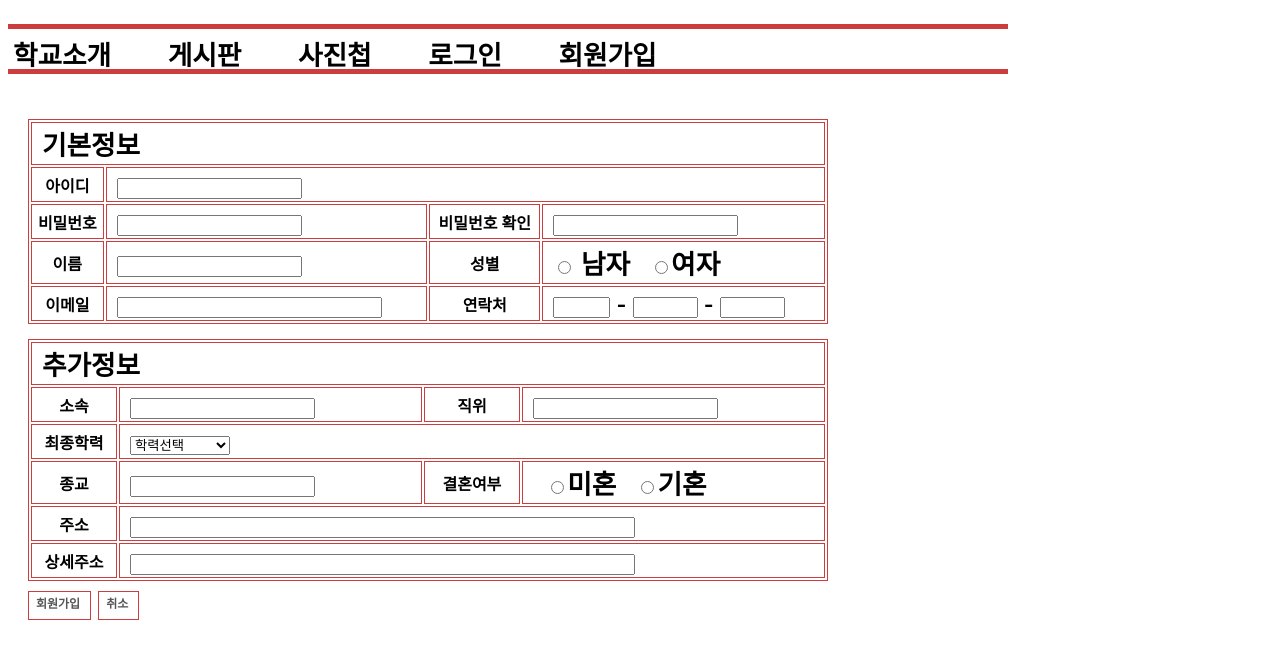
Repository: asaf0813/aisw
Page: java/이클립스/workspace/html/htmltest/WebContent/member/join.html
The author's editor kept a copy of each file at every save. The page is drawn from the files as they stood at one save, then again after the next save.
The browser window is 1280 px wide. The pictures show the part of the page from y = 158 to 808 px (the page is 808 px tall before and 800 px after).

Above is the page before, as saved 2019-10-03 10:52:09.

### java/이클립스/workspace/html/htmltest/WebContent/member/join.html
<!doctype html>
<html lang="en">
	<head>
		<meta charset="UTF-8">
		<meta name="Generator" content="EditPlus®">
		<meta name="Author" content="">
		<meta name="Keywords" content="">
		<meta name="Description" content="">
		<title>join</title>
		<link href="./join.css" rel="stylesheet" type="text/css" >
		<style type="text/css">
		a { text-decoration:none }
		</style>


		<script>
			function send(){
				var id_view = document.frm.id_view.value;
				var password = document.frm.password.value;
				var password2 = document.frm.password2.value;
				var email = document.frm.emailAdres.value;
				var tel1 = document.frm.Phone1.value;
				var tel2 = document.frm.Phone2.value;
				var tel3 = document.frm.Phone3.value;
				var tel3 = document.frm.Phone3.value;
				var name = document.frm.name.value;

				if(id_view==""){
					alert("아이디를 입력해주세요");
					document.frm.id_view.focus();
					return;
				} else if(password=="") {
					alert("비밀번호를 입력해주세요");
					document.frm.password.focus();
					return;
				} else if(password2=="") {
					alert("비밀번호를 확인해주세요");
					document.frm.password.focus();
					return;
				} else if(name=="") {
					alert("이름을 입력해주세요.");
					document.frm.password.focus();
					return;
				} else {
					if(confirm("가입하시겠습니까?")) {
						document.frm.submit();
					}
				}

				var regExp = /[a-z0-9]{2,}@[a-z0-9-]{2,}\.[a-z0-9]{2,}/i;

				if(!regExp.test(email)){
					alert("이메일 형식이 일치하지 않습니다.");
					document.frm.emailAdres.focus();
					return;
				}

				var tel1Chk = /^0(2|1[01679])$/;
				var tel2Chk = /^[0-9]{3,}$/;
				var tel3Chk = /^[0-9]{4}$/;

				if (tel1.value != '') {
					if (!tel1Chk.test(tel1)){
						alert("번호형식이 일치하지 않습니다.");
						document.frm.Phone1.focus();
						return;
					}
					if (!tel2Chk.test(tel2)){
						alert("번호형식이 일치하지 않습니다.");
						document.frm.Phone2.focus();
						return;
					}
					if (!tel3Chk.test(tel3)){
						alert("번호형식이 일치하지 않습니다.");
						document.frm.Phone3.focus();
						return;
					}
				}
			}

		</script>
	</head>
	<body>
		<div class="header">
			<a href="../main.html">
			<img width="100%" height="150" src = "http://www.postech.ac.kr/wp-content/themes/postech/images/imgs/signature4.png", alt="" ></a>
		<div>
			<p style="margin-top:20px"></p>
		</div>

		<div class="topnavi_ds">
			<div class="topnavi">
				<a href="../intro/intro.html">학교소개</a> <a href="../board/list.html">게시판</a> <a href="../picture/list.html">사진첩</a> <a href="../member/login.html">로그인</a> <a href="../member/join.html">회원가입</a>
			</div>
		</div>


		<div class="divide"/>

		<div class="body">

			<form name="frm">
				<div class="modify_user">
					<table>
						<tr><td colspan="4" height="30">기본정보</td></tr>
						<tr>
							<th>아이디</th>
							<td colspan="3">
							<input type="text" size="20" maxlength="20" name="id_view" >
							</td>
						</tr>
						<tr>
							<th>비밀번호</th>
							<td><input type="password" path="password" name="password" id="password" title="비밀번호" size="20" maxlength="20" /></td>
							<th>비밀번호 확인</th>
							<td><input name="password2" id="password2" title="비밀번호확인" type="password" size="20" maxlength="20" /></td>
						</tr>
						<tr>
							<th>이름</th>
							<td><input name="userNm" id="userNm" title="사용자이름" type="text" size="20" value="" maxlength="60" /></td>
							<th>성별</th>
							<td>
								<input type="radio" id="gen" name="gen" title="성별" value="남자">
								<style="font-size:12pt; font-weight:normal;">남자</style>
								&nbsp;&nbsp;<input type="radio" id="gen" name="gen" title="성별" value="여자">여자
							</td>
						</tr>
						<tr>
							<th>이메일</th>
							<td><input name="emailAdres" id="emailAdres" title="이메일주소" cssClass="txaIpt" size="30" maxlength="50" /></td>
							<th>연락처</th>
							<td>
								<input name="Phone1" id="Phone1" title="번호1" cssClass="txaIpt" size="4" maxlength="3" /> -
								<input name="Phone2" id="Phone2" title="번호2" cssClass="txaIpt" size="5" maxlength="4" /> -
								<input name="Phone3" id="Phone3" title="번호3" cssClass="txaIpt" size="5" maxlength="4" />
								<input type="hidden" name="memberPhone" id="memberPhone" title="핸드폰번호" size="20" maxlength="15" />
							</td>
						</tr>
					</table>
					<br />
					<table>
						<tr><td colspan="6" height="30">추가정보</td></tr>
						<tr>
							<th>소속</th>
							<td colspan="1"><input name="orgnz" id="orgnz" title="소속" type="text" size="20" value="" maxlength="60" /></td>
							<th>직위</th>
							<td><input name="position" id="position" title="직위" type="text" size="20" value="" maxlength="60" /></td>
						</tr>
						<tr>
							<th>최종학력</th>
							<td colspan="3">
								<select name="spec" title="최종학력">
									<option value="">학력선택</option>
									<option value="초등학교 재학">초등학교 재학</option>
									<option value="초등학교 졸업">초등학교 졸업</option>
									<option value="중학교 재학">중학교 재학</option>
									<option value="중학교 졸업">중학교 졸업</option>
									<option value="고등학교 재학">고등학교 재학</option>
									<option value="고등학교 졸업">고등학교 졸업</option>
									<option value="대학교 재학">대학교 재학</option>
									<option value="대학교 졸업">대학교 졸업</option>
									<option value="대학원 재학">대학원 재학</option>
								</select>
							</td>
						</tr>
						<tr>
							<th>종교</th>
							<td><input name="religion" id="religion" title="종교" type="text" size="20" value="" maxlength="60" /></td>
							<th>결혼여부</th>
							<td>
								&nbsp;&nbsp;<input type="radio" name="marry" value="미혼">미혼
								&nbsp;&nbsp;<input type="radio" name="marry" value="기혼">기혼
							</td>
						</tr>
						<tr>
							<th>주소</th>
							<td colspan="3">
								<input type="text" name="zipcode" size="60">
							</td>
						</tr>
						<tr>
							<th>상세주소</th>
							<td colspan="3">
								<input type="text" class="addr" name="addr_remain" size="60">
							</td>
						</tr>
					</table>

					<div class="buttons" style="padding-top:10px;padding-bottom:30px; float:left;">
						<a href="#LINK" onclick="javascript:send(); return false;">회원가입</a>
						<a href="#LINK">취소</a>
					</div>
				</div>
			</form>
		</div>
	</body>
</html>

### java/이클립스/workspace/html/htmltest/WebContent/member/join.css
.header a:hover{color:red;}
.header a{color:blue;}

.header{
	width:1000px;
	height:50px;
	float:left;
	font-size: 9pt;
}

.topnavi_ds{
	width:100%;
	height:5px;
	background-color:#CC3D3D;
	float:left;
}
.topnavi a:hover{color:green;}
.topnavi a{color:#000000;}

.topnavi{
	width:1000px; height:30px;
	float:left;
	margin-top:10px;
	margin-left:5px;
	font-size: 20pt;
	font-weight: bold;
	word-spacing:50px;
}

.divide{
	width:100%;
	height:5px;
	float:left;
	margin-top: 25px;
	background-color:#CC3D3D;
	margin-top:40px;
}

.body{
	font-size: 9pt;
	margin-top:50px;
	margin-left:20px;
	width:1000px;
	height:500px;
	float:left;
}





.modify_user table{
	clear:both; width:800px;
	border: 1px solid #CC3D3D;
    overflow: hidden;
    white-space: nowrap;
}

.modify_user table th {
	font-size:12pt;
	background-color:#FFFFFF;
	border:1px solid #CC3D3D;
    color:#000000;
}

.modify_user table td{
	font-weight:bold;
	font-size:20pt;
	background-color:#ffffff;
	border:1px solid #CC3D3D;
    color:#000000;
    padding-left:10px;
}


/* btn */
.buttons a, .buttons button{

    display:block;
    float:left;
    margin:0 7px 0 0;
    background-color:#FFFFFF;
    border:1px solid #CC3D3D;
    font-size:9pt;
    line-height:130%;
    text-decoration:none;
    font-weight:bold;
    color:#565656;
    cursor:pointer;
    padding:5px 10px 6px 7px; /* Links */
}

.buttons a:hover{color:#4786AD;}

After the next save:
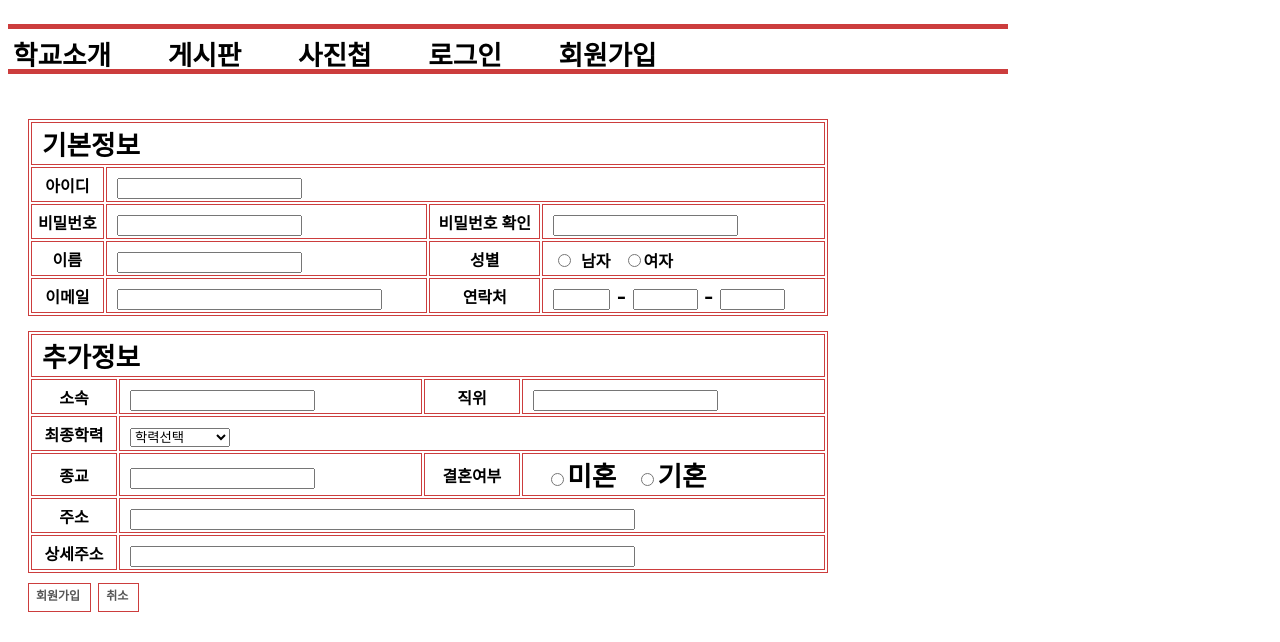
Saved 105 s later.
--- a/java/이클립스/workspace/html/htmltest/WebContent/member/join.html
+++ b/java/이클립스/workspace/html/htmltest/WebContent/member/join.html
@@ -121,7 +121,7 @@
 							<th>성별</th>
 							<td>
 								<input type="radio" id="gen" name="gen" title="성별" value="남자">
-								<style="font-size:12pt; font-weight:normal;">남자</style>
+								<span style="font-size:12pt; font-weight:n;">남자</style>
 								&nbsp;&nbsp;<input type="radio" id="gen" name="gen" title="성별" value="여자">여자
 							</td>
 						</tr>
